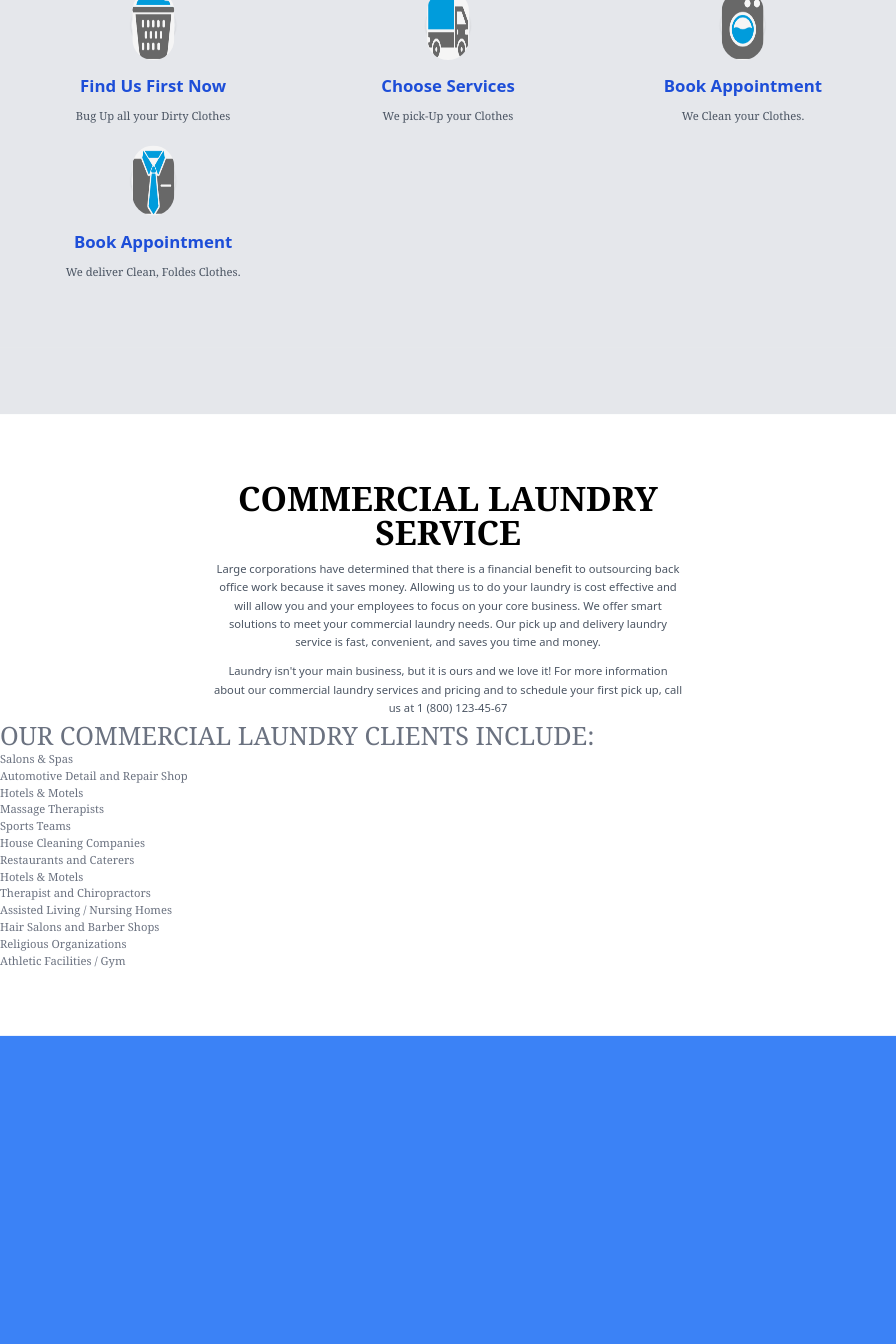
Repository: remydev47/smartlaundry
Page: /
These files come from the project's save history. The page is drawn as it stood at one moment and after the next save; the edit follows.
The browser window is 1280 px wide. The pictures show the part of the page from y = 2877 to 4797 px (the page is 4797 px tall), at 70% of full size.
The project was rebuilt for these pictures with package versions that can differ from the ones it lists, and the page was loaded fresh each time. The framework's server and built-in components were replaced by stand-ins that run in the browser. Also part of the build but not shown: next.config.js, components/Prices.tsx, components/Reasons.tsx, components/Testimonial.tsx, components/Pricing.tsx, components/Footer.tsx.

Above is the page before, as saved 2022-10-24 16:29:12.

### pages/_app.tsx
import '../styles/globals.css'
import type { AppProps } from 'next/app'
import Header from '../components/Header'
import Logo from '../components/Logo'

function MyApp({ Component, pageProps }: AppProps) {
  return (
    <>

     <Header />
     <Component {...pageProps} />
    </>
  )
}

export default MyApp

### pages/index.tsx
import type { NextPage } from 'next'
import Head from 'next/head'
import Image from 'next/image'
import { Banner, Commercial, Hero, Services, Steps } from '../components'

const Home: NextPage = () => {
  return (
    <div>
      <Head>
        <title>Smart Laundry</title>
        <link rel="icon" href="/favicon.ico" />
      </Head>
      <Hero />
      <Services />
      <Steps />
      <Commercial />
      <Banner/>

    </div>
  )
}

export default Home

### components/Header.tsx
import React from 'react';
import { navLinks } from '../constants';
import Menupopover from './Menupopover';
import Image from 'next/image';
import Logo from './Logo';

const Header = () => {
  return (
    <header className="fixed inset-x-0 bg-[#4054B2] z-20 flex justify-between items-center py-2 px-2 shadow-lg dark:bg-slate-900 sm:py-3 sm:px-8">
            <div className='flex grow-0 basis-1/3 md:hidden'>
                <Menupopover />
            </div>

             <div className='flex grow-0 justify-center md:justify-start'>
                <Logo />

            </div>


            <ul className="list-none sm:flex hidden justify-center items-center flex-1">
            {navLinks.map((nav, index) => (
                <li
                key={nav.id}
                className={`font-serif font-bold cursor-pointer text-[16px]
                   ${index === navLinks.length - 1 ? 'mr-0' : 'mr-10'}
                  text-white `}
                >
                    <a>{nav.title}</a>
                </li>
            ))}
           </ul>

        </header>
  )
}

export default Header

### components/index.ts
import Hero from "./Hero";
import Services from "./Services";
import Steps from "./Steps";
import Commercial from "./Commercial";
import Prices from "./Prices";
import Banner from "./Banner";
import Reasons from "./Reasons";
import Testimonial from "./Testimonial";
import Pricing from "./Pricing";
import Footer from "./Footer";

export{
    Hero, Services, Steps, Commercial, Prices, Banner, Reasons, Testimonial, Pricing, Footer
}

### constants/index.ts
export const navLinks =[
    {
        id:"home",
        title:"HOME",
    },
    {
        id:"about",
        title:"ABOUT",
    },
    {
        id:"services",
        title:"SERVICES",
    },
    {
        id:"blog",
        title:"BLOG",
    },
    {
        id:"order online",
        title:"ORDER ONLINE",
    },
    {
        id:"contacts",
        title:"CONTACTS",
    },
]

### components/Menupopover.tsx
import React, {useState, Fragment} from 'react';
import { navLinks } from '../constants';
import { IconButton, Button } from './Button';
import { Transition, Dialog } from '@headlessui/react';
import Logo from './Logo';
import Image from 'next/image';

const Menupopover = () => {
  const [isOpen, setIsOpen] = useState(false)

  return (
    <div>
    <IconButton
      variant='ghost'
      aria-label='menu'
      onClick={() => setIsOpen(!isOpen)}
    >
      <svg className='h-6 w-6 ' fill='none' stroke='currentColor'>
        <path
          strokeLinecap='round'
          strokeLinejoin='round'
          strokeWidth={2}
          d='M4 6h16M4 12h16M4 18h16'
        />
      </svg>
    </IconButton>
    <Transition
      show={isOpen}
      appear
      as={Fragment}
      enter='transform transition ease-in-out duration-300'
      enterFrom='-translate-x-full'
      enterTo='translate-x-0'
      leave='transform transition ease-in-out duration-300 delay-200'
      leaveFrom='translate-x-0'
      leaveTo='-translate-x-full'
     >
     <Dialog
       as='div'
       className={`fixed inset-0 z-50`}
       onClose={setIsOpen}
       open={isOpen}
       >
       <Transition.Child
         as={Fragment}
         enter='ease-out duration-300 delay-300'
         enterFrom='opacity-0'
         enterTo='opacity-100'
         leave='ease-in duration-200'
         leaveFrom='opacity-100'
         leaveTo='opacity-0'
       >

        <Dialog.Overlay
          className={`fixed inset-0 bg-black/20 backdrop-blur-sm dark:bg-gray-900/80`}
         />
      </Transition.Child>
       <div className={styles.dialogcontainer}>
        <a className='mx-auto mt-4 flex w-[140px] '>
          <Logo />
        </a>
        <ul
            className={styles.navWrapper2}
         >
            {navLinks.map((nav, index) => (
                <li
                 key={nav.id}
                 className={`font-serif font-bold cursor-pointer text-[16px]
                  mt-2 border-t border-slate-200 py-4 dark:border-slate-600
                  ${index === navLinks.length - 1 ? 'mr-0' : 'mb-4'}
                  text-white `}
                >
                 <a href={`#${nav.id}`}>
                    {nav.title}
                 </a>
                </li>
             ))}
         </ul>

        <IconButton
          variant='ghost'
          aria-label='close menu'
          className='absolute top-5 right-5'
          onClick={() => setIsOpen(false)}
        >
          <svg
            viewBox='0 0 10 10'
            className='h-2.5 w-2.5 overflow-visible'
            aria-hidden='true'
          >
            <path
                d='M0 0L10 10M10 0L0 10'
                fill='none'
                stroke='currentColor'
                strokeWidth='2'
                strokeLinecap='round'
              />
          </svg>
        </IconButton>
       </div>
     </Dialog>
    </Transition>
  </div>
  )
}

export default Menupopover;

const styles ={
  dialogcontainer:`fixed top-0 bottom-0 left-0 w-full max-w-xs rounded-r-xl bg-[#4054B2] p-6 shadow-lg dark:bg-gray-800`,
  menuitems:`group relative flex h-9 items-center oveflow-hidden rounded-md hover:bg-slate-200/50`,
  navWrapper2:`list-none flex flex-col justify-end items-center flex-1`,
}

### components/Logo.tsx
import React from 'react'
import Image from 'next/image'

const Logo = () => {
  return (
    <div className=''>
      <Image
        src="/images/logo.png"
        alt='cleanu'
        height={60}
        width={150}
      />
    </div>
  )
}

export default Logo

### components/Hero.tsx
import React from 'react'
import Image from 'next/image'

const Hero = () => {
  return (
    <section className='relative pt-48 pb-12 bg-gray-400 xl:pt-60 sm:pb-16 lg:pb-32 xl:pb-48 2xl:pb-56'>
        <Image
           src='/images/hero1.jpg'
           layout='fill'
           objectFit='cover'
         />
     <div className="relative">
 <div className="px-6 mx-auto sm:px-8 lg:px-12 max-w-7xl">
     <div className="w-full lg:w-2/3 xl:w-1/2">
         <h1 className="font-sans text-base font-bold tracking-tight text-black text-opacity-70">Dont let bad services ruin your Day</h1>
         <p className="mt-6 tracking-tighter text-black">
             <span className="font-sans font-normal text-7xl">The road to the</span><br />
             <span className="font-serif italic font-normal text-8xl">perfect Cleaning Services</span>
         </p>
         <p className="mt-12 font-sans text-base font-bold text-black text-opacity-70">Lorem ipsum dolor sit amet, consectetur adipiscing elit. Eu penatibus pellentesque dolor consequat ligula egestas massa gravida. Porttitor venenatis enim praesent.</p>
         <p className="mt-8 font-sans text-xl font-normal text-black">Starting at $9.99/month</p>

         <div className="flex items-center mt-5 space-x-3 sm:space-x-4">
             <a
                 href="#"
                 title=""
                 className="
                     inline-flex
                     items-center
                     justify-center
                     px-5
                     py-2
                     font-sans
                     text-base
                     font-semibold
                     transition-all
                     duration-200
                     border-2 border-transparent
                     rounded-full
                     sm:leading-8
                     bg-green-600
                     sm:text-lg
                     text-white
                     hover:bg-opacity-90
                     focus:outline-none focus:ring-2 focus:ring-offset-2 focus:ring-primary focus:ring-offset-secondary
                 "
                 role="button"
             >
                 ORDER NOW
             </a>


         </div>
     </div>
 </div>
</div>
    </section>
  )
}

export default Hero

### components/Services.tsx
import React from 'react'

const services=[
  {
    image:"/images/plumber.png",
    title:'Alternations & Repairs',
    description:"We have expert seamstresses and tailors on staff to ensure we meet and exceed your fitting requirements"
  },
  {
    image:"",
    title:'Steam Iron',
    description:"Let us pick up your dirty laundry, sort it, stains, wash, dry, fold and deliver back to you in one neat, easy package"
  },
  {
    image:"",
    title:'Shoe Cleaning',
    description:"We use premium products and standardised processes to take care of your shoes and give them refreshed look."
  },
  {
    image:"/images/cleaning.png",
    title:'Laundry Services',
    description:"Let us pick up your dirty laundry, sort it, stains, wash, dry, fold and deliver back to you in one neat, easy package."
  },
  {
    image:"/images/housekeeper.png",
    title:'Dry Cleaning',
    description:"SMU students and local residents love on our reliable dry cleaning services for the fast, accurate, top quality results."
  },
  {
    image:"/images/carpet-cleaner.png",
    title:'Carpet Cleaning',
    description:"To keep carpet at peak performance, we recommend professional deep cleaning your carpet every 12 to 18 months."
  },
]

const Services = () => {
  return (
    <section className="bg-gray-50 sm:py-16 lg:py-24">
    <div className="px-4 mx-auto max-w-7xl sm:px-6 lg:px-8">
     <div className="max-w-2xl mx-auto text-center">
      <h2 className="text-4xl font-bold font-serif leading-tight text-gray-600  lg:text-5xl">Our <span className='text-green-300'>Services...</span></h2>
      <p className="max-w-xl mx-auto mt-4 font-serif text-2xl font-extrabold leading-relaxed text-gray-500">
        Provide Worldwide Service For Good Customers
      </p>
     </div>

     <div className="grid max-w-md grid-cols-1 gap-6 mx-auto mt-8 text-center lg:max-w-full lg:mt-16 lg:grid-cols-3">
      {services.map((item, i) => (
     <div className="overflow-hidden bg-white border-2 border-gray-300 rounded-md">
          <div className="p-8 xl:px-12 flex flex-col items-center justify-center">
             <div>
              <img
               src={item.image}
               className="h-20 w-20"
             />
             </div>
             <h2 className='font-bold font-serif text-3xl text-gray-400 text-center mt-2'>
               {item.title}
             </h2>
             <p className='text-xl font-serif text-black text-center '>
              {item.description}
             </p>
          </div>
     </div>
     ))}
    </div>
</div>
</section>
  )
}

export default Services

### components/Commercial.tsx
import React from 'react'

const offers=[
  {
    id:"Salons & Spas",
    title:"Salons & Spas"
  },
  {
    id:"Automotive Detail and Repair Shop",
    title:"Automotive Detail and Repair Shop"
  },
  {
    id:"Hotels & Motels",
    title:"Hotels & Motels"
  },
  {
    id:"Massage Therapists",
    title:"Massage Therapists"
  },
  {
    id:"Sports Teams",
    title:"Sports Teams"
  },
  {
    id:"House Cleaning Companies",
    title:"House Cleaning Companies"
  },
  {
    id:"Restaurants and Caterers",
    title:"Restaurants and Caterers"
  },
  {
    id:"Hotels & Motels",
    title:"Hotels & Motels"
  },
  {
    id:"Therapist and Chiropractors",
    title:"Therapist and Chiropractors"
  },
  {
    id:"Assisted Living / Nursing Homes",
    title:"Assisted Living / Nursing Homes"
  },
  {
    id:'Hair Salons and Barber Shops',
    title:'Hair Salons and Barber Shops'
  },
  {
    id:'Religious Organizations',
    title:'Religious Organizations'
  },
  {
    id:'Athletic Facilities / Gym',
    title:'Athletic Facilities / Gym'
  },
]

const Commercial = () => {
  return (
    <section className="py-10 bg-[#FFF] sm:py-16 lg:py-24">
      <div className="px-4 mx-auto max-w-7xl sm:px-6 lg:px-8">
      <div className="max-w-2xl mx-auto text-center">
            <h2 className="text-3xl font-serif font-bold leading-tight text-black sm:text-4xl lg:text-5xl">
              COMMERCIAL LAUNDRY SERVICE
            </h2>
            <p className="mt-4 text-base leading-relaxed text-gray-600">
             Large corporations have determined that there is a financial benefit to outsourcing back office work because it saves money. Allowing us to do your laundry is cost effective and will allow you and your employees to focus on your core business. We offer smart solutions to meet your commercial laundry needs. Our pick up and delivery laundry service is fast, convenient, and saves you time and money.
            </p>
            <p className="mt-4 text-base leading-relaxed text-gray-600">
             Laundry isn't your main business, but it is ours and we love it! For more information about our commercial laundry services and pricing and to schedule your first pick up, call us at 1 (800) 123-45-67
            </p>
        </div>
      </div>
      <h2 className='mt-2 text-3xl font-serif text-gray-500 sm:text-4xl'>OUR COMMERCIAL LAUNDRY CLIENTS INCLUDE:</h2>
      <ul className="list-none sm:flex-col justify-center items-center flex-1">
            {offers.map((nav, index) => (
                <li
                key={nav.id}
                className={`font-serif font-normal cursor-pointer text-[16px]
                   ${index === offers.length - 1 ? 'mr-0' : 'mr-10'}
                  text-gray-500 `}
                >
                    <a>{nav.title}</a>
                </li>
            ))}
           </ul>
    </section>
  )
}

export default Commercial

### components/Banner.tsx
import React from 'react'

const Banner = () => {
  return (
    <section className='relative h-[400px] w-full  bg-blue-500 sm:h-[55vh] md:h-[440px]'>

    </section>
  )
}

export default Banner

### components/Button/index.tsx
import React, { forwardRef } from "react";
//import { __DEV__ } from "../../utils/assertions";

type BaseButtonProps = Omit<React.HTMLProps<HTMLButtonElement>, "size">;

/* === Button Element === */

export interface ButtonProps extends BaseButtonProps {
  children: React.ReactNode;
  fullWidth?: boolean;
  className?: string;
  variant?: "solid" | "outline" | "ghost";
  size?: "sm" | "md" | "lg";
  as?: string;
  isExternal?: boolean;
  type?: "button" | "submit" | "reset";
}

export const Button = forwardRef<HTMLButtonElement, ButtonProps>(
  (
    {
      children,
      variant = "solid",
      size = "md",
      fullWidth = false,
      className,
      as = "button",
      isExternal = false,
      ...rest
    },
    ref
  ) => {
    let tempClassNames: string[] = [];

    const sharedClasses = [
      "capitalize",
      "focus:outline-none",
      "focus:ring-2",
      "focus:ring-indigo-400",
      "focus:ring-offset-2",
      "focus:ring-offset-indigo-50",
      "font-semibold",
      "rounded-full",
      "inline-flex",
      "flex-shrink-0",
      "items-center",
      "justify-center",
      "transition-colors",
      "ease-in-out",
      "duration-500",
    ];

    if (fullWidth) sharedClasses.push("w-full");

    // handle variants
    let btnSolid = ["bg-indigo-600", "hover:bg-indigo-700", "text-white"];
    let btnOutline = [
      "dark:text-white",
      "hover:text-indigo-700",
      "hover:dark:text-indigo-700",
      "bg-transparent",
      "hover:bg-indigo-50",
      "border",
      "border-indigo-600",
    ];
    let btnGhost = [
      "bg-transparent",
      "dark:text-white",
      "hover:bg-indigo-50",
      "hover:text-indigo-700",
      "hover:dark:text-indigo-700",
    ];

    if (variant === "solid") {
      tempClassNames = [...sharedClasses, ...btnSolid];
    } else if (variant === "outline") {
      tempClassNames = [...sharedClasses, ...btnOutline];
    } else if (variant === "ghost") {
      tempClassNames = [...sharedClasses, ...btnGhost];
    }

    // handle sizes
    let sizeSm = ["h-8", "px-2", "text-sm"];
    let sizeMd = ["h-10", "px-3"];
    let sizeLg = ["h-12", "px-4", "text-lg"];

    if (size === "sm") {
      tempClassNames = [...tempClassNames, ...sizeSm];
    } else if (size === "md") {
      tempClassNames = [...tempClassNames, ...sizeMd];
    } else if (size === "lg") {
      tempClassNames = [...tempClassNames, ...sizeLg];
    }

    let classes = tempClassNames.join(" ");

    let Element = as ? (
      React.createElement(
        as,
        {
          className: `${classes} ${className}`,
          target: isExternal ? "_blank" : undefined,
          rel: isExternal ? "noopener noreferrer" : undefined,
          ref,
          ...rest,
        },
        children
      )
    ) : (
      <button {...rest} className={`${classes} ${className}`} ref={ref}>
        {children}
      </button>
    );

    return Element;
  }
);

// if (__DEV__) {
//   Button.displayName = "Button";
// }

/* === IconButton Element === */

export interface IconButtonProps extends ButtonProps {
  icon?: React.ReactElement;
  "aria-label": string;
}

export const IconButton = forwardRef<HTMLButtonElement, IconButtonProps>(
  (
    {
      children,
      icon,
      className,
      "aria-label": ariaLabel,
      size = "md",
      ...rest
    },
    ref
  ) => {
    let sharedClasses = ["rounded-full", "!px-0"];

    // handle sizes
    let sizeSm = ["w-8"];
    let sizeMd = ["w-10"];
    let sizeLg = ["w-12"];

    if (size === "sm") {
      sharedClasses = [...sharedClasses, ...sizeSm];
    } else if (size === "md") {
      sharedClasses = [...sharedClasses, ...sizeMd];
    } else if (size === "lg") {
      sharedClasses = [...sharedClasses, ...sizeLg];
    }

    /**
     * Passing the icon as prop or children should work
     */
    const element = icon || children;
    const _children = React.isValidElement(element)
      ? React.cloneElement(element as any, {
          "aria-hidden": true,
          focusable: false,
        })
      : null;

    let classes = sharedClasses.join(" ");
    return (
      <Button
        className={`${classes} ${className}`}
        aria-label={ariaLabel}
        size={size}
        {...rest}
        ref={ref}
      >
        {_children}
      </Button>
    );
  }
)

Loaded but not shown: styles/globals.css (common file); tailwind.config.js (common file); components/Steps.tsx (83 lines, source omitted)

After the next save:
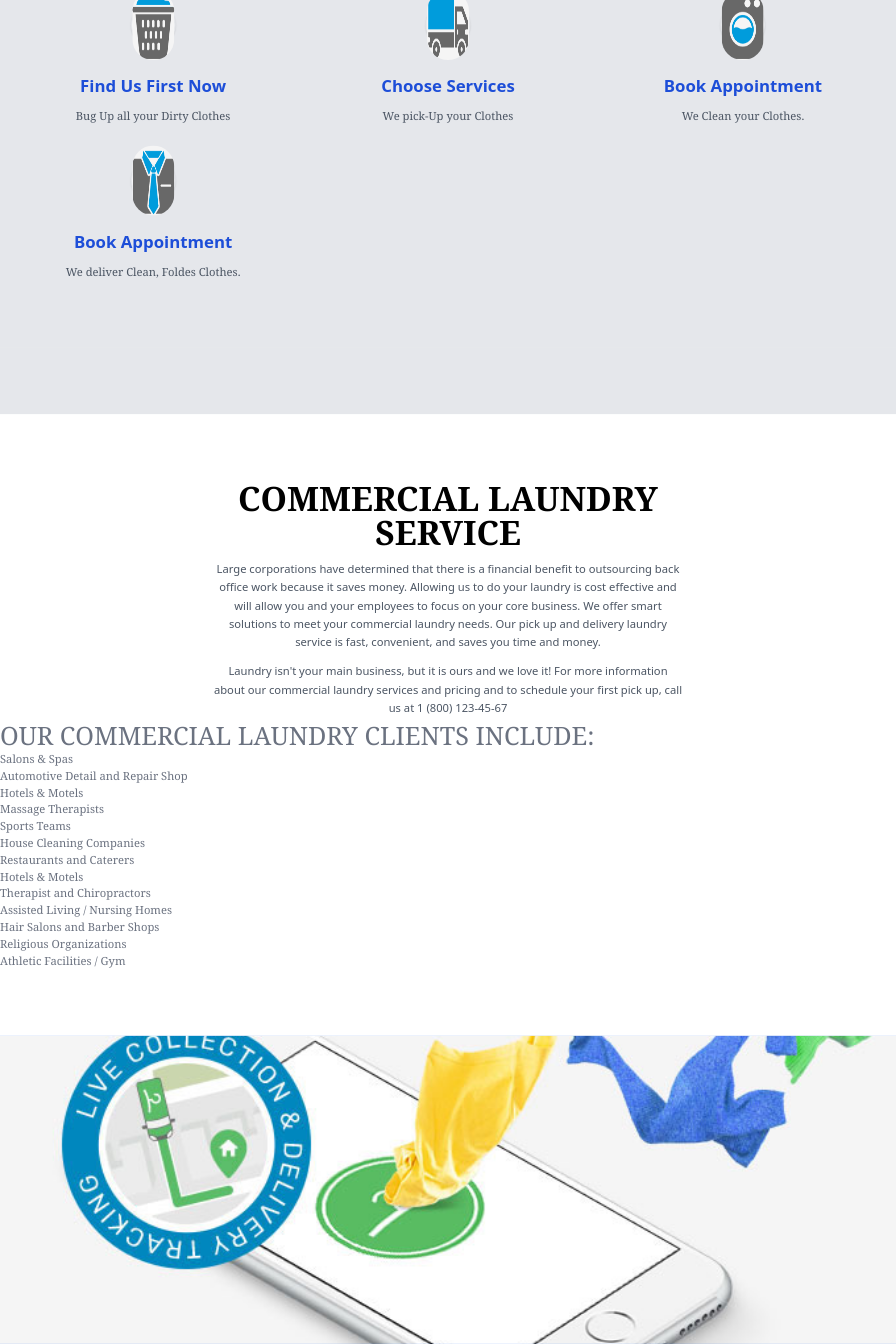
Saved 75 s later.
--- a/components/Banner.tsx
+++ b/components/Banner.tsx
@@ -1,9 +1,14 @@
 import React from 'react'
+import Image from 'next/image'
 
 const Banner = () => {
   return (
     <section className='relative h-[400px] w-full  bg-blue-500 sm:h-[55vh] md:h-[440px]'>
-
+      <Image
+           src='/images/banner.jpg'
+           layout='fill'
+           objectFit='cover'
+         />
     </section>
   )
 }
